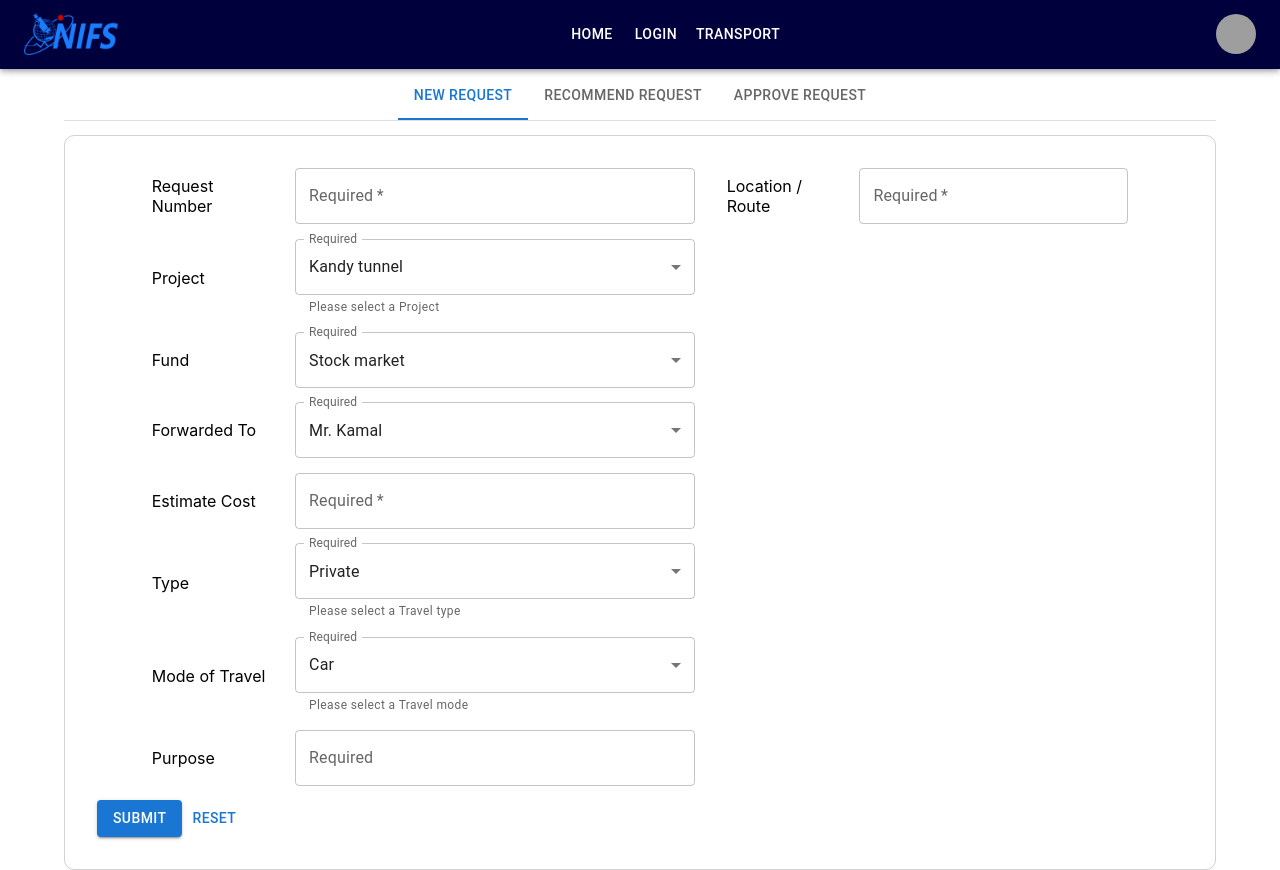
Repository: Ravindu97/NIFS_WebApplication
Page: /transport (app in client/)
These files come from the project's save history. The page is drawn as it stood at one moment and after the next save; the edit follows.
The browser window is 1280 px wide. The pictures show the whole page.
Pictures or frames that could not be fetched are drawn as grey boxes. The project was rebuilt for these pictures with package versions that can differ from the ones it lists, and the page was loaded fresh each time. Also part of the build but not shown: client/src/pages/Home.js, client/src/pages/Login.js, client/src/components/Transport/RecommendedRequest.js, client/src/components/Transport/ApproveRequest.js.

Above is the page before, as saved 2022-07-01 00:46:59.

After the next save:
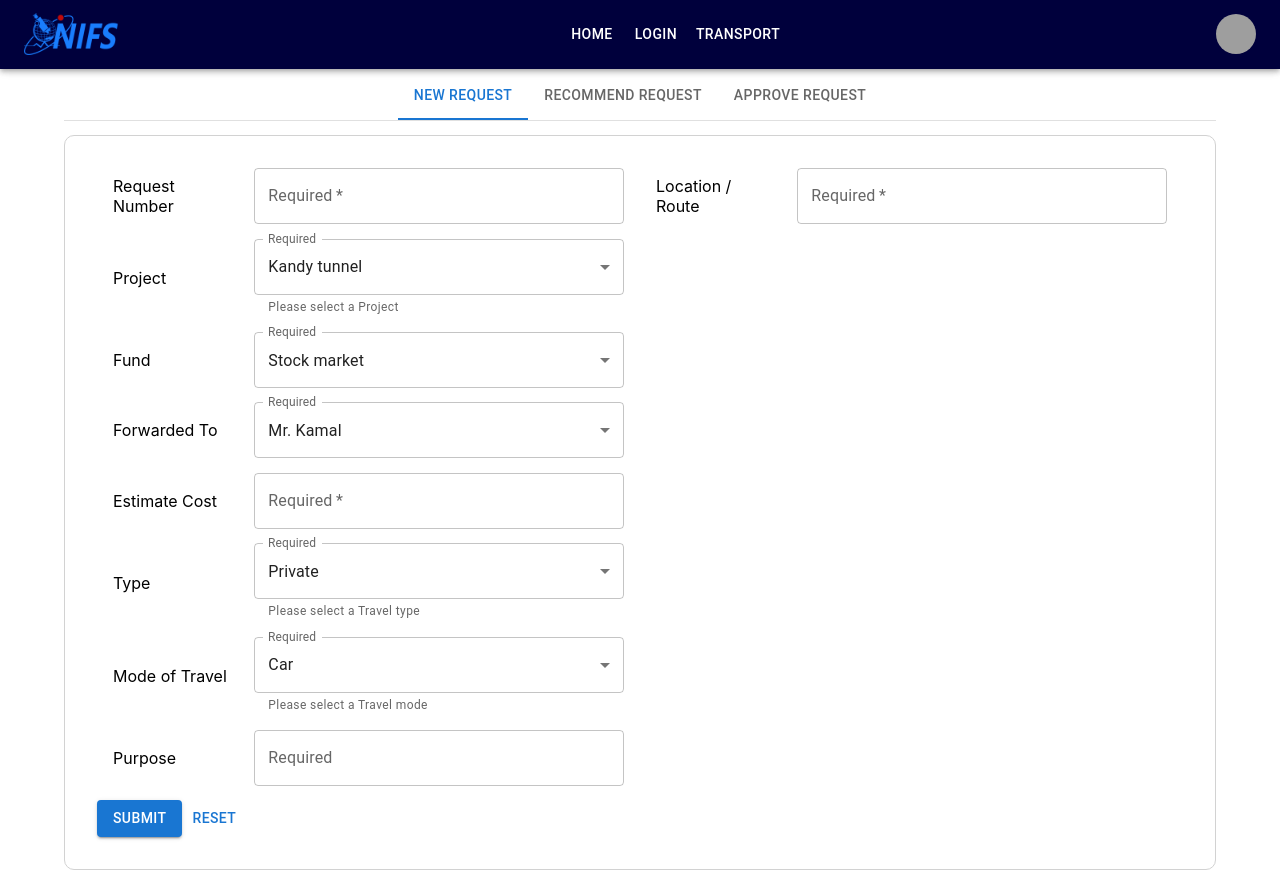
Saved 24 s later.
--- a/client/src/components/Transport/NewRequest.js
+++ b/client/src/components/Transport/NewRequest.js
@@ -226,7 +226,12 @@ function NewRequest() {
 						</div>
 					</Box>
 					{/* right section of the form */}
-					<Box className="form-right">
+					<Box
+						className="form-right"
+						sx={{
+							width: { xs: '100%', md: '50%' },
+						}}
+					>
 						{/* designation */}
 						<div className="input-fields">
 							<label>Location / Route</label>
